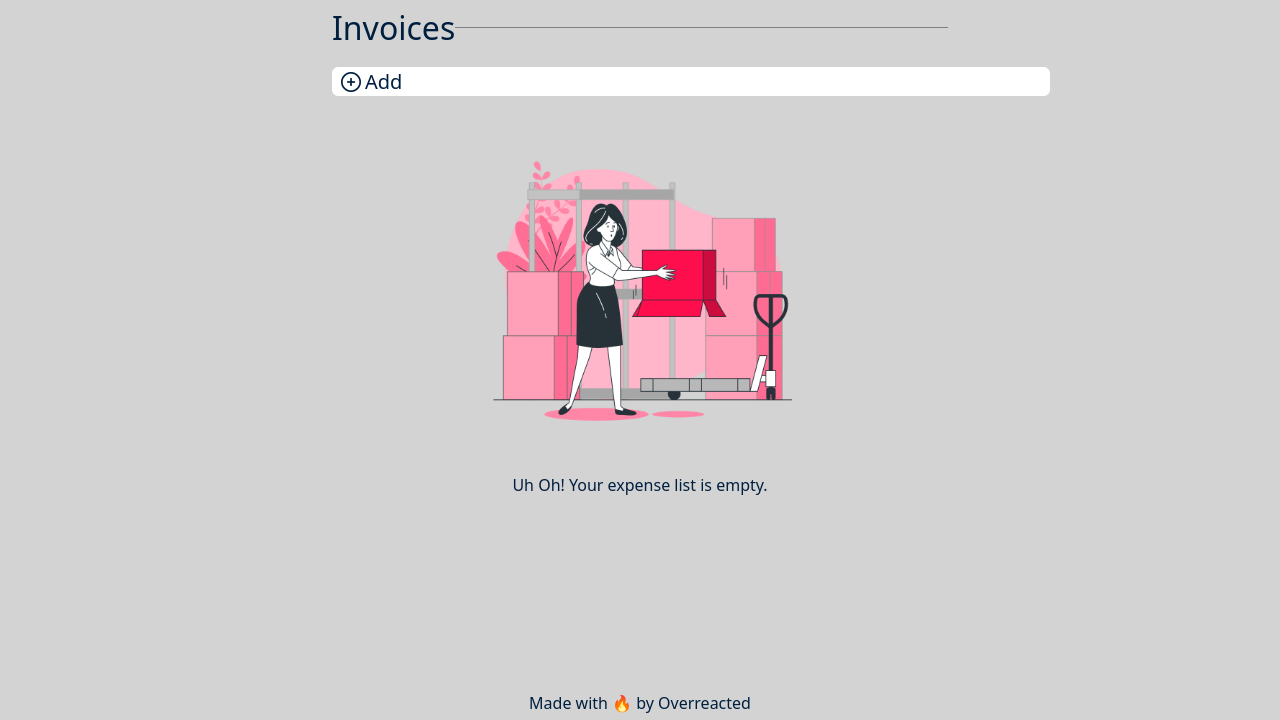
Repository: om1ars/task3
Page: /
These files come from the project's save history. The page is drawn as it stood at one moment and after a run of saves; the edit follows.
The browser window is 1280 px wide. The pictures show the whole page.
Some web libraries are served in a nearby version. The project was rebuilt for these pictures with package versions that can differ from the ones it lists, and the page was loaded fresh each time. Also part of the build but not shown: src/constants/add-expense.js, src/components/add-form/add-form.css, src/components/add-form/success-modal.css, src/components/add-form/success-modal.js, src/components/add-form/index.js, src/pages/add-expense/add-expense.css, src/pages/add-expense/index.js, src/components/expense-list/card.css and 1 more.

Above is the page before, as saved 2021-12-18 14:44:54.

### public/index.html
<!DOCTYPE html>
<html lang="en">
  <head>
    <meta charset="utf-8" />
    <link rel="icon" href="%PUBLIC_URL%/favicon.ico" />
    <meta name="viewport" content="width=device-width, initial-scale=1" />
    <meta name="theme-color" content="#000000" />
    <meta name="description" content="SPA to track all your expenses" />
    <link rel="apple-touch-icon" href="%PUBLIC_URL%/logo192.png" />
    <!--
      manifest.json provides metadata used when your web app is installed on a
      user's mobile device or desktop. See https://developers.google.com/web/fundamentals/web-app-manifest/
    -->
    <link rel="manifest" href="%PUBLIC_URL%/manifest.json" />
    <link rel="preconnect" href="https://fonts.googleapis.com" />
    <link rel="preconnect" href="https://fonts.gstatic.com" crossorigin />
    <link
      href="https://fonts.googleapis.com/css2?family=Noto+Sans&display=swap"
      rel="stylesheet"
    />
    <link
      rel="stylesheet"
      href="https://cdn-uicons.flaticon.com/uicons-regular-rounded/css/uicons-regular-rounded.css"
    />
    <link
      rel="stylesheet"
      href="https://cdn.jsdelivr.net/gh/devicons/devicon@v2.12.0/devicon.min.css"
    />
    <title>Xpensr</title>
  </head>
  <body>
    <noscript>You need to enable JavaScript to run this app.</noscript>
    <div id="root"></div>
    <!--
      This HTML file is a template.
      If you open it directly in the browser, you will see an empty page.

      You can add webfonts, meta tags, or analytics to this file.
      The build step will place the bundled scripts into the <body> tag.

      To begin the development, run `npm start` or `yarn start`.
      To create a production bundle, use `npm run build` or `yarn build`.
    -->
  </body>
</html>

### src/index.js
import React from "react";
import ReactDOM from "react-dom";
import "./index.css";
import App from "./App";
import reportWebVitals from "./reportWebVitals";
import { Provider } from "react-redux";
import store from "./redux/store/index";

ReactDOM.render(
  <Provider store={store}>
    <App />
  </Provider>,
  document.getElementById("root")
);

// If you want to start measuring performance in your app, pass a function
// to log results (for example: reportWebVitals(console.log))
// or send to an analytics endpoint. Learn more: https://bit.ly/CRA-vitals
reportWebVitals();

### src/index.css
body {
  margin: 0;
  font-family: "Noto Sans", sans-serif;
  -webkit-font-smoothing: antialiased;
  -moz-osx-font-smoothing: grayscale;
  background-color: lightgray;
  color: #001f3f;
}
a {
  text-decoration: none;
  color: #001f3f;
}
.button {
  /* background: #71ccca; */
  box-shadow: 20px 20px 60px #60adac, -20px -20px 60px #82ebe8;
}
code {
  font-family: source-code-pro, Menlo, Monaco, Consolas, "Courier New",
    monospace;
}

### src/App.js
import React from "react";
import { BrowserRouter as Router, Route, Switch } from "react-router-dom";
import Footer from "./components/footer";
import Header from "./components/header";
import AddExpense from "./pages/add-expense";
import Home from "./pages/home/index";

const App = () => {
  return (
    <Router>
      <Header />
      <Switch>
        <Route path="/" exact component={Home} />
        <Route path="/add-expense" component={AddExpense} />
      </Switch>
      <Footer />
    </Router>
  );
};

export default App;

### src/redux/store/index.js
import { combineReducers, createStore } from "redux";
import { expenseReducer } from "../reducers/expenses";
const reducer = combineReducers({
  expenses: expenseReducer,
});
const initialState = {};
const store = createStore(reducer, initialState);

export default store;

### src/components/footer/index.js
import React from "react";
import "./footer.css";
const Footer = () => {
  return <footer>Made with 🔥 by Overreacted</footer>;
};

export default Footer;

### src/components/header/index.js
import React from "react";
import "./header.css";
const Header = () => {
  return (
    <div className="header-container">
      <div className="header" style={{ display: "flex", alignItems: "center" }}>
        <div className="header-logo">
          Invoices
        </div>
        <div
          style={{ height: "1px", width: "100%", backgroundColor: "gray" }}
        ></div>
      </div>
    </div>
  );
};

export default Header;

### src/pages/home/index.js
import React from "react";
import ExpenseList from "../../components/expense-list";
import Footer from "../../components/footer";
import Header from "../../components/header";
import TopFold from "../../components/top-fold";
import "./home.css";
const Home = () => {
  return (
    <div className="home">
      <TopFold />
      <ExpenseList />
    </div>
  );
};

export default Home;

### src/redux/reducers/expenses.js
import {
  ADD_EXPENSE,
  DELETE_EXPENSE,
  SEARCH_EXPENSE,
} from "../action-types/expenses";

const initialList = () => {
  const list = localStorage.getItem("expense-list");
  let expenses = [];
  if (list) {
    expenses = JSON.parse(list);
  }
  return expenses;
};
const initialState = {
  expenseList: initialList(),
  query: "",
};

export const expenseReducer = (state = initialState, action) => {
  switch (action.type) {
    case ADD_EXPENSE: {
      localStorage.setItem(
        "expense-list",
        JSON.stringify([...state.expenseList, action.data])
      );
      return {
        ...state,
        expenseList: [...state.expenseList, action.data],
        query: "",
      };
    }
    case DELETE_EXPENSE: {
      const { data } = action;
      const updatedList = state.expenseList.filter(
        (item) => item.createdAt !== data.createdAt
      );
      localStorage.setItem("expense-list", JSON.stringify(updatedList));
      return {
        ...state,
        expenseList: updatedList,
      };
    }
    case SEARCH_EXPENSE: {
      const { query } = action;
      return {
        ...state,
        query,
      };
    }
    default:
      return {
        ...state,
      };
  }
};

### src/components/footer/footer.css
footer {
  width: 100%;
  position: fixed;
  bottom: 0;
  display: flex;
  justify-content: center;
  align-items: center;
  padding-bottom: 6px;
}

### src/components/header/header.css
.header-container {
  width: 50%;
  margin: auto;
}
.header {
  display: flex;
  justify-content: space-between;
  align-items: center;
  flex: 1;
  margin: 6px 12px;
}
.header-logo {
  display: flex;
  align-items: center;
  font-size: 32px;
  font-weight: 500;
}
.header-logo i {
  display: flex;
  align-items: center;
  margin-left: 6px;
}

.header-button {
  font-size: 20px;
  display: flex;
  justify-content: center;
  align-items: center;
  border: 1px solid black;
  border-radius: 6px;
  padding: 0px 8px;
}
.header-button i {
  margin-right: 4px;
}

@media only screen and (max-width: 1024px) {
  .header-container {
    width: 90%;
  }
  .header-logo {
    font-size: 28px;
  }
  .header-button {
    font-size: 18px;
  }
}

@media only screen and (max-width: 512px) {
  .header-container {
    width: 100%;
  }
  .header-logo {
    font-size: 24px;
  }
  .header-button {
    font-size: 16px;
  }
}

### src/components/top-fold/index.js
import React, { useEffect, useState } from "react";
import { Link, useLocation } from "react-router-dom";
import "./top-fold.css";
import { useDispatch } from "react-redux";
import { searchExpense } from "../../redux/actions/expenses";
const TopFold = () => {
  const [query, setQuery] = useState("");
  const dispatch = useDispatch();
  const handleQuery = (e) => {
    setQuery(e.target.value);
    dispatch(searchExpense(e.target.value));
  };
  return (
    <div className="topfold">
      {window.location.pathname === "/" ? (
        <div className="home-topfold">
          {/* <div className="searchbar">
            <i class="fi-rr-search"></i>
            <input
              placeholder="Search for expenses"
              value={query}
              onChange={(e) => handleQuery(e)}
            />
          </div> */}
          <Link to="/add-expense">
            <div className="add-button" style={{width: '700px', backgroundColor: 'white', }}>
              <i class="fi-rr-add"></i>
              <label style={{}}>Add</label>
            </div>
          </Link>
        </div>
      ) : (
        <div className="add-topfold">
          <Link to="/">
            <div className="add-topfold-button">
              <i class="fi-rr-angle-left"></i>
              <label>Back</label>
            </div>
          </Link>
          <Link to="/">
            <div className="add-topfold-button">
              <i class="fi-rr-cross-circle"></i>
              <label>Cancel</label>
            </div>
          </Link>
        </div>
      )}
    </div>
  );
};

export default TopFold;

### src/components/expense-list/index.js
import React, { useEffect, useState } from "react";
import { useSelector } from "react-redux";
import { toast, ToastContainer } from "react-toastify";
import Card from "./card";
import "./expense-list.css";
const ExpenseList = () => {
  const { expenseList: list, query } = useSelector((state) => state.expenses);
  const filteredList = list.filter((item) => item.title.includes(query));

  const notifySuccess = () => toast.success("Expense Deleted!");
  return (
    <div className="expense-list">
      <ToastContainer
        position="bottom-left"
        autoClose={1500}
        hideProgressBar={false}
        newestOnTop={false}
        closeOnClick
      />
      {filteredList.length ? (
        filteredList.map((item) => (
          <Card item={item} notifySuccess={notifySuccess} />
        ))
      ) : (
        <div className="empty-state">
          <img
            src={require("../../assets/images/empty.png").default}
            alt="No Expenses"
            className="empty-image"
          />
          <label>Uh Oh! Your expense list is empty.</label>
        </div>
      )}
    </div>
  );
};

export default ExpenseList;

### src/pages/home/home.css
.home {
  width: 50%;
  margin: auto;
}

@media only screen and (max-width: 1024px) {
  .home {
    width: 90%;
  }
}

@media only screen and (max-width: 512px) {
  .home {
    width: 100%;
  }
}

### src/redux/action-types/expenses.js
export const ADD_EXPENSE = "ADD_EXPENSE";

export const DELETE_EXPENSE = "DELETE_EXPENSE";

export const SEARCH_EXPENSE = "SEARCH_EXPENSE";

### src/redux/actions/expenses.js
import {
  ADD_EXPENSE,
  DELETE_EXPENSE,
  SEARCH_EXPENSE,
} from "../action-types/expenses";

export const addExpense = (data) => {
  return {
    type: ADD_EXPENSE,
    data,
  };
};

export const deleteExpense = (data) => {
  console.log(data, "Action");
  return {
    type: DELETE_EXPENSE,
    data,
  };
};

export const searchExpense = (query) => {
  console.log(query);
  return {
    type: SEARCH_EXPENSE,
    query,
  };
};

### src/components/top-fold/top-fold.css
.topfold {
  display: flex;
  justify-content: space-between;
  margin: 6px 12px;
  padding: 12px 0px;
  align-items: center;
}
.home-topfold {
  display: flex;
  justify-content: space-between;
  flex: 1;
}
.searchbar {
  display: flex;
  align-items: center;
  width: 50%;
  background-color: white;
  border-radius: 12px;
}
.searchbar input {
  width: 80%;
  outline: none;
  padding: 8px 0px;
  border: none;
  margin-left: 6px;
  background-color: white;
}

.searchbar i {
  display: flex;
  align-items: center;
  margin-left: 6px;
}

.add-button {
  display: flex;
  align-items: center;
  border-radius: 4px;
  border: 1px solid white;
  font-size: 20px;
  padding: 0px 8px;
  border-radius: 6px;
  cursor: pointer;
}

.add-button i {
  display: flex;
  align-items: center;
  margin-right: 4px;
}
.add-topfold {
  display: flex;
  justify-content: space-between;
  flex: 1;
}
.add-topfold-button {
  display: flex;
  align-items: center;
  font-size: 18px;
  cursor: pointer;
}
.add-topfold-button i {
  display: flex;
  align-items: center;
  margin-right: 4px;
}

@media only screen and (max-width: 1024px) {
  .add-button {
    font-size: 18px;
  }
  .searchbar {
    width: 70%;
  }
}

@media only screen and (max-width: 512px) {
  .add-button {
    font-size: 16px;
  }
}

### src/components/expense-list/expense-list.css
.expense-list {
  margin: 6px 12px;

  display: flex;
  flex-direction: column;
  flex: 1;
}
.empty-state {
  display: flex;
  justify-content: center;
  align-items: center;
  flex-direction: column;
}
.empty-image {
  height: 360px;
}

@media only screen and (max-width: 1024px) {
  .empty-image {
    height: 320px;
  }
}

@media only screen and (max-width: 512px) {
  .empty-image {
    height: 240px;
  }
}

Loaded but not shown: src/reportWebVitals.js (common file)

After the next 2 saves:
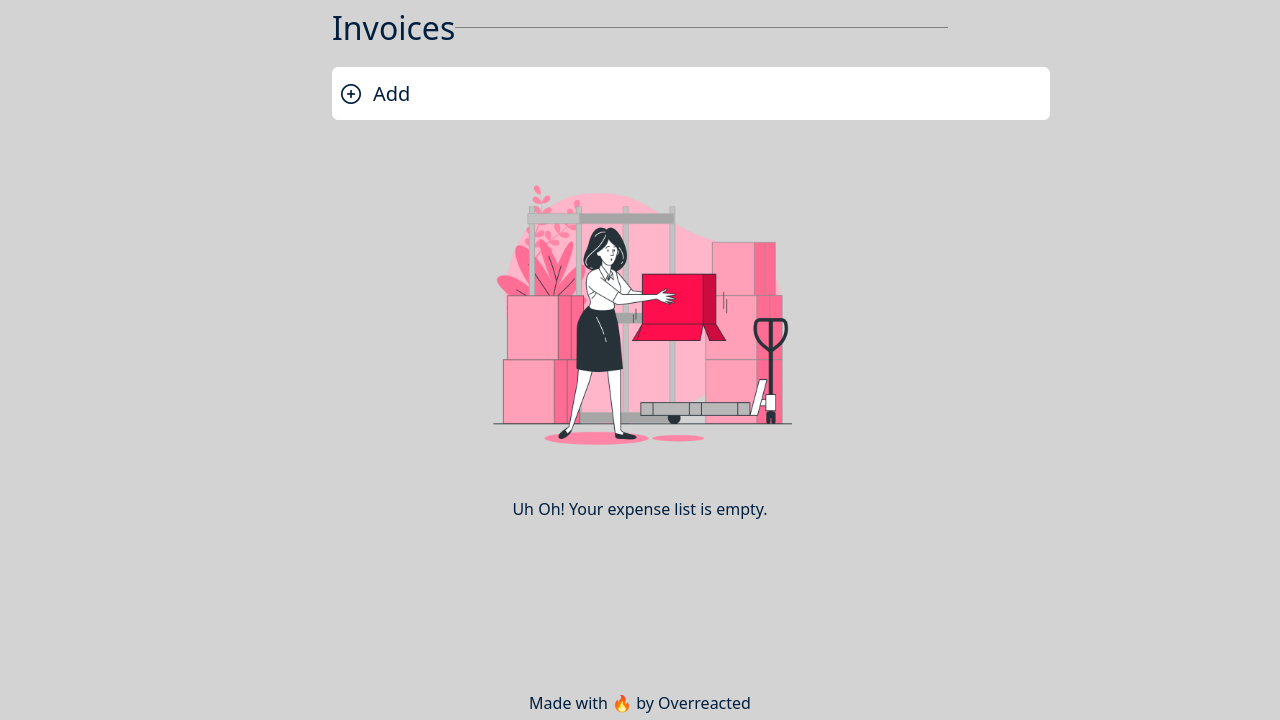
The 2 saves are shown as one change because they came seconds apart.
The last was saved 11 s later.
--- a/src/components/top-fold/index.js
+++ b/src/components/top-fold/index.js
@@ -23,9 +23,12 @@ const TopFold = () => {
             />
           </div> */}
           <Link to="/add-expense">
-            <div className="add-button" style={{width: '700px', backgroundColor: 'white', }}>
+            <div
+              className="add-button"
+              style={{ width: "700px", backgroundColor: "white" }}
+            >
               <i class="fi-rr-add"></i>
-              <label style={{}}>Add</label>
+              <label style={{ padding: "12px 8px" }}>Add</label>
             </div>
           </Link>
         </div>
